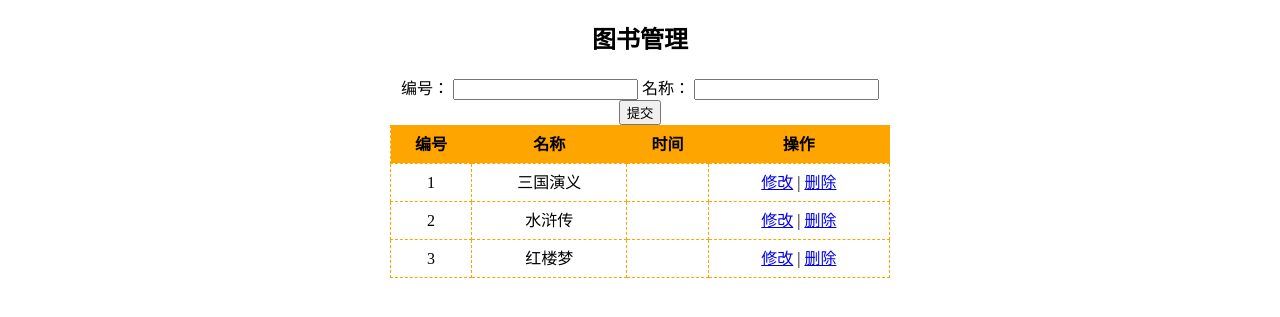
Repository: wjiawei97/FrontEndExercises
Page: 8. book_manegement/index.html
The author's editor kept a copy of each file at every save. The page is drawn from the files as they stood at one save, then again after the next save.
The browser window is 1280 px wide. The pictures show the whole page.

Above is the page before, as saved 2021-08-22 12:23:38.

### 8. book_manegement/index.html
<!DOCTYPE html>
<html lang="en">
<head>
    <meta charset="UTF-8">
    <meta http-equiv="X-UA-Compatible" content="IE=edge">
    <meta name="viewport" content="width=device-width, initial-scale=1.0">
    <title>Document</title>
    <style>
        .grid{
            margin: 0 auto;
            width: 500px;
            text-align: center;
        }
        .grid table{
            width: 100%;
            border-collapse: collapse;
        }
        .grid th{
            background-color: orange;
        }
        .grid th,td{
            border: 1px dashed orange;
            height: 35px;
            line-height: 35px;
        }
    </style>
</head>
<body>
    <div id="app">
        <div class="grid">
            <div>
                <h2>图书管理</h2>
                <div class="book">
                    <label for="id">编号：</label>
                    <input type="text" id="id" v-model='id'>
                    <label for="name">名称：</label>
                    <input type="text" id="name" v-model='name'>
                    <button @click='submit'>提交</button>
                </div>
            </div>
            <table>
                <thead>
                    <tr>
                        <th>编号</th>
                        <th>名称</th>
                        <th>时间</th>
                        <th>操作</th>
                    </tr>
                </thead>
                <tbody>
                    <tr :key="item.id" v-for='(item,index) in list'>
                        <td>{{item.id}}</td>
                        <td>{{item.name}}</td>
                        <td>{{item.date}}</td>
                        <td>
                            <a href="#" @click.prevent>修改</a>
                            <span>|</span>
                            <a href="#" @click.prevent>删除</a>
                        </td>
                    </tr>
                </tbody>
            </table>
        </div>
    </div>
    <script src="https://cdn.jsdelivr.net/npm/vue@2.6.14/dist/vue.js"></script>
    <script>
        var vm=new Vue({
            el:'#app',
            data:{
                list:[{
                    id:1,
                    name:'三国演义',
                    date:''
                },{
                    id:2,
                    name:'水浒传',
                    date:''
                },{
                    id:3,
                    name:'红楼梦',
                    date:''
                }]
            }
        })
    </script>
</body>
</html>

After the next save:
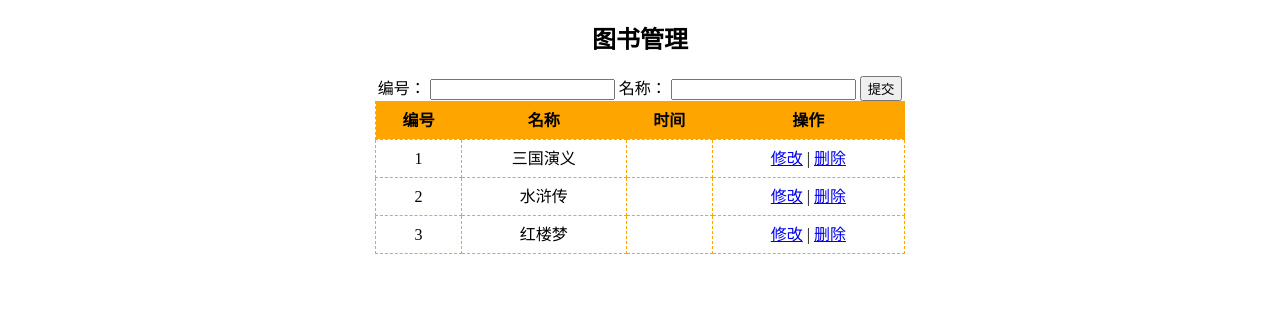
Saved 17 s later.
--- a/8. book_manegement/index.html
+++ b/8. book_manegement/index.html
@@ -8,7 +8,7 @@
     <style>
         .grid{
             margin: 0 auto;
-            width: 500px;
+            width: 530px;
             text-align: center;
         }
         .grid table{
